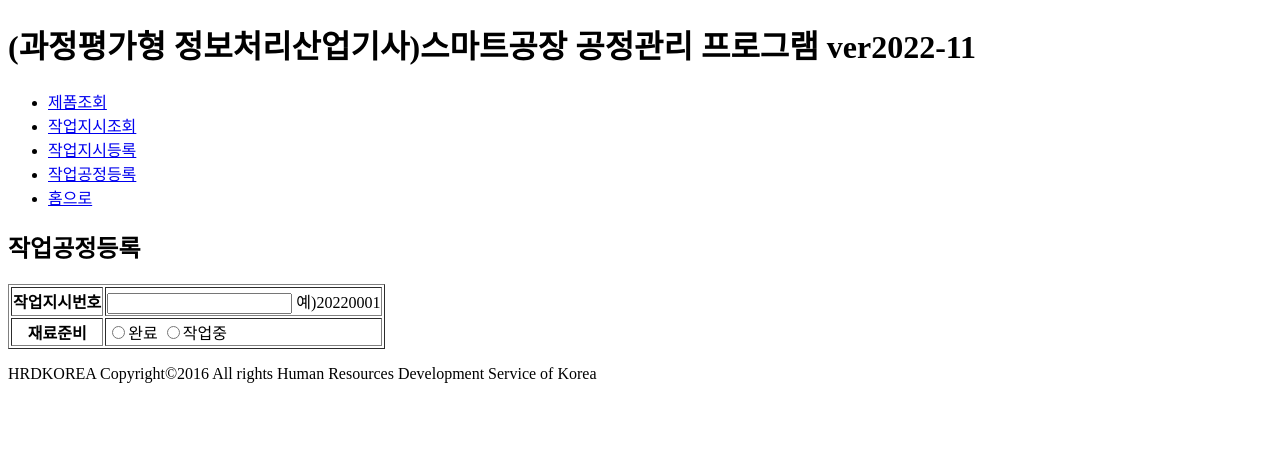
Repository: anakyn01/exam
Page: http://localhost/smart_5/sub3.jsp
These files come from the project's save history. The page is drawn as it stood at one moment and after the next save; the edit follows.
The browser window is 1280 px wide. The pictures show the whole page.
The page is served by Tomcat 9. Other server files are loaded and not shown.

Above is the page before, as saved 2025-01-06 07:10:11.

### smart_5/src/main/webapp/sub3.jsp
<%@ page language="java" contentType="text/html; charset=UTF-8"
    pageEncoding="UTF-8"%>
<jsp:include page="include/header.jsp"/>

<section>
<h2>작업공정등록</h2>
<table border=1>
	<tr>
		<th>작업지시번호</th>
		<td>
		<input type="text" name="w_workno">
		<span>예)20220001</span>
		</td>
	</tr>
	<tr>
		<th>재료준비</th>
		<td>
		<input type="radio" name="p_p1" value="Y">완료
		<input type="radio" name="p_p1" value="N">작업중
		</td>
	</tr>
</table>
</section>

<jsp:include page="include/footer.jsp"/>

### smart_5/src/main/webapp/include/header.jsp
<%@ page language="java" contentType="text/html; charset=UTF-8"
    pageEncoding="UTF-8"%>
<!DOCTYPE html>
<html>
<head>
<meta charset="UTF-8">
<title>스마트 공정관리 프로그램</title>
<link rel="stylesheet" href="css/style.css"/>
</head>
<body>
<header>
<h1>(과정평가형 정보처리산업기사)스마트공장 공정관리 프로그램 ver2022-11</h1>
</header>
<nav>
<ul>
<li><a href="sub1.jsp">제폼조회</a></li>
<li><a href="sub2.jsp">작업지시조회</a></li>
<li><a href="sub3.jsp">작업지시등록</a></li>
<li><a href="sub4.jsp">작업공정등록</a></li>
<li><a href="index.jsp">홈으로</a></li>
</ul>
</nav>

### smart_5/src/main/webapp/include/footer.jsp
<%@ page language="java" contentType="text/html; charset=UTF-8"
    pageEncoding="UTF-8"%>
<footer>
<p>HRDKOREA Copyright&copy;2016 All rights Human Resources Development Service of Korea</p>
</footer>
</body>
</html>

Loaded but not shown: smart_5/src/main/webapp/css/style.css (common file)

After the next save:
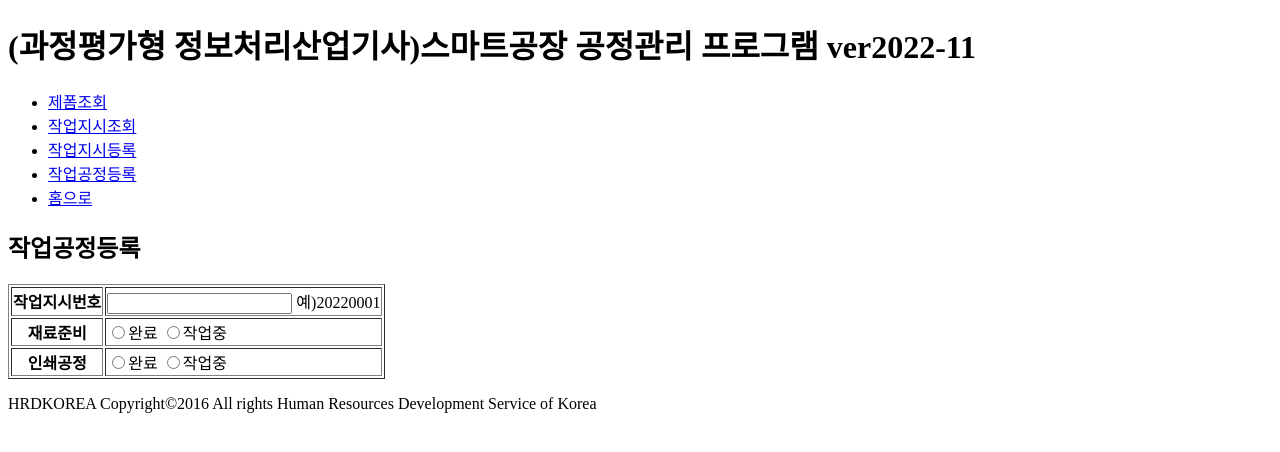
Saved 16 s later.
--- a/smart_5/src/main/webapp/sub3.jsp
+++ b/smart_5/src/main/webapp/sub3.jsp
@@ -19,6 +19,13 @@
 		<input type="radio" name="p_p1" value="N">작업중
 		</td>
 	</tr>
+		<tr>
+		<th>인쇄공정</th>
+		<td>
+		<input type="radio" name="p_p1" value="Y">완료
+		<input type="radio" name="p_p1" value="N">작업중
+		</td>
+	</tr>
 </table>
 </section>
 
